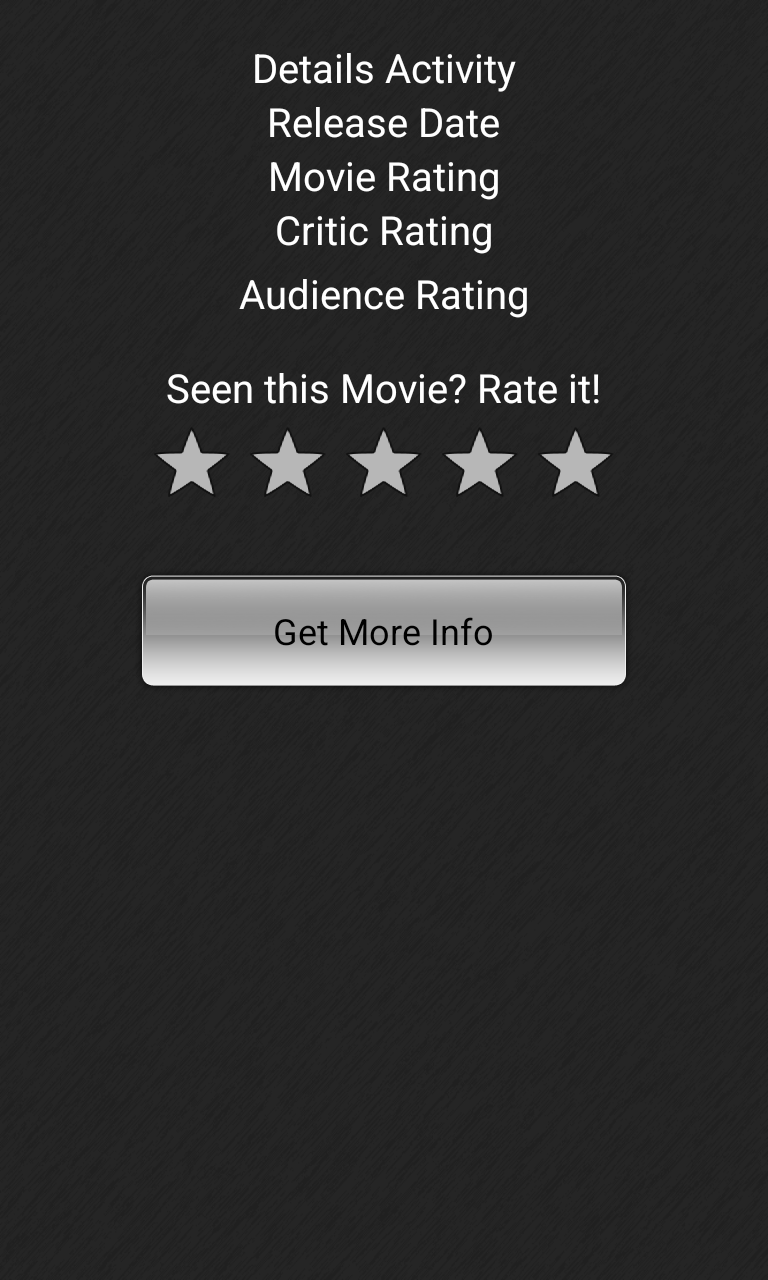
Repository: efreestone/Java2_Freestone
Layout: Java2Project2/res/layout/activity_details.xml
These files come from the project's save history. The layout is drawn as it stood at one moment and after the next save; the edit follows.
It is drawn on a 768 x 1280 px phone screen (xhdpi) without system bars, with theme AppTheme; the app's code is not run.

Above is the layout before, as saved 2014-05-16 01:42:26.

After the next save:
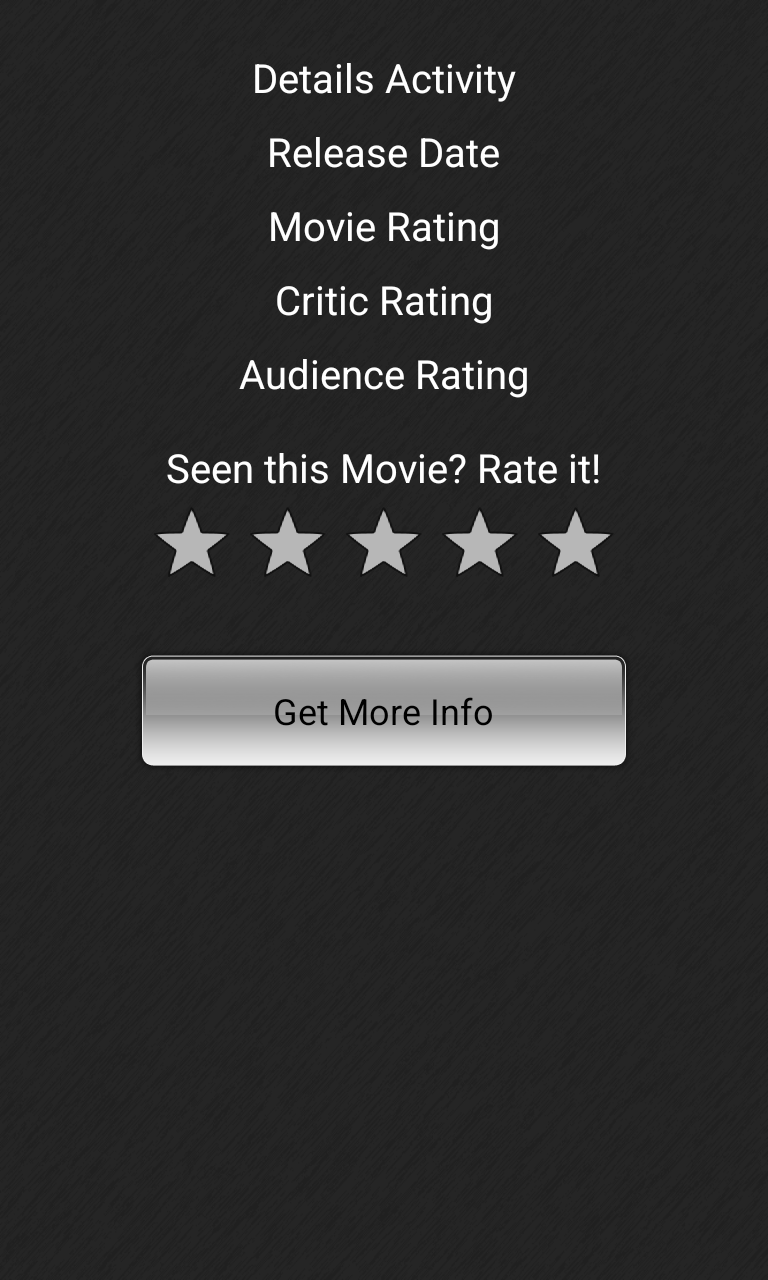
Saved 21 s later.
--- a/Java2Project2/res/layout/activity_details.xml
+++ b/Java2Project2/res/layout/activity_details.xml
@@ -13,6 +13,7 @@
         android:layout_height="wrap_content"
         android:textColor="#ffffff"
         android:textSize="20sp"
+        android:padding="5dp"
         android:text="Details Activity" />
 
     <TextView
@@ -21,6 +22,7 @@
         android:layout_height="wrap_content"
         android:textColor="#ffffff"
         android:textSize="20sp"
+        android:padding="5dp"
         android:text="Release Date" />
 
     <TextView
@@ -29,6 +31,7 @@
         android:layout_height="wrap_content"
         android:textColor="#ffffff"
         android:textSize="20sp"
+        android:padding="5dp"
         android:text="Movie Rating" />
 
     <TextView
@@ -37,6 +40,7 @@
         android:layout_height="wrap_content"
         android:textColor="#ffffff"
         android:textSize="20sp"
+        android:padding="5dp"
         android:text="Critic Rating" />
 
     <TextView
